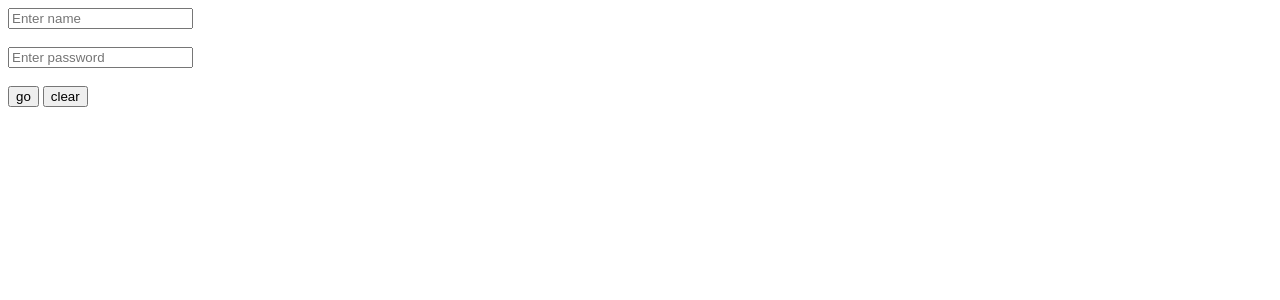
Repository: Baby-Sree123/Servlets-JSP
Page: http://localhost/Assignment-JSP/Form.jsp
These files come from the project's save history. The page is drawn as it stood at one moment and after the next save; the edit follows.
The browser window is 1280 px wide. The pictures show the whole page.
The page is served by Tomcat 9.

Above is the page before, as saved 2025-07-30 01:56:14.

After the next save:
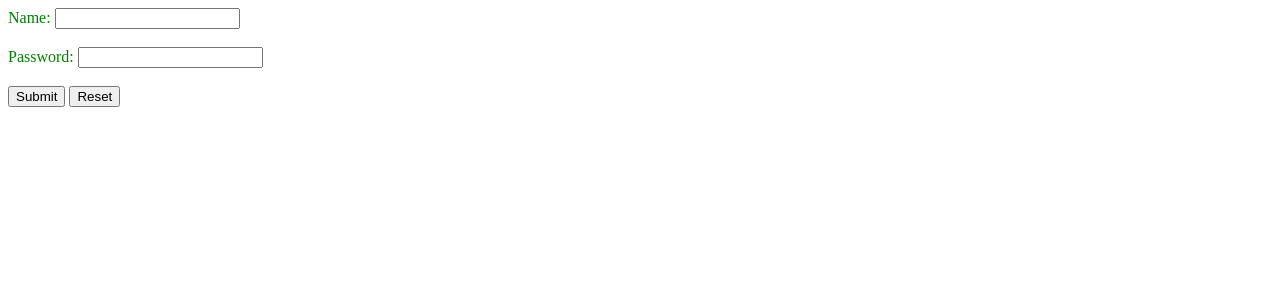
Saved 6 min 28 s later.
--- a/Assignment-JSP/src/main/webapp/Form.jsp
+++ b/Assignment-JSP/src/main/webapp/Form.jsp
@@ -9,16 +9,10 @@
 <body>
 
 <font color="green">
- <form method="post" action="Content.jsp">
- <input placeholder="Enter name" type="text" name="name" id="name"/>
- <br>
- <br>
- <input placeholder="Enter password" type="password" name="password" id="password">
-<br>
-<br>
-<input type="Submit" value="go" />
-<input type="reset"  value="clear"/>
-</form>
+Name: <input type="text" name="username" required><br><br>
+		Password: <input type="password" name="password" required><br><br>
+		<input type="submit" value="Submit">
+		<input type="reset" value="Reset">
 </font>
 
 </body>
